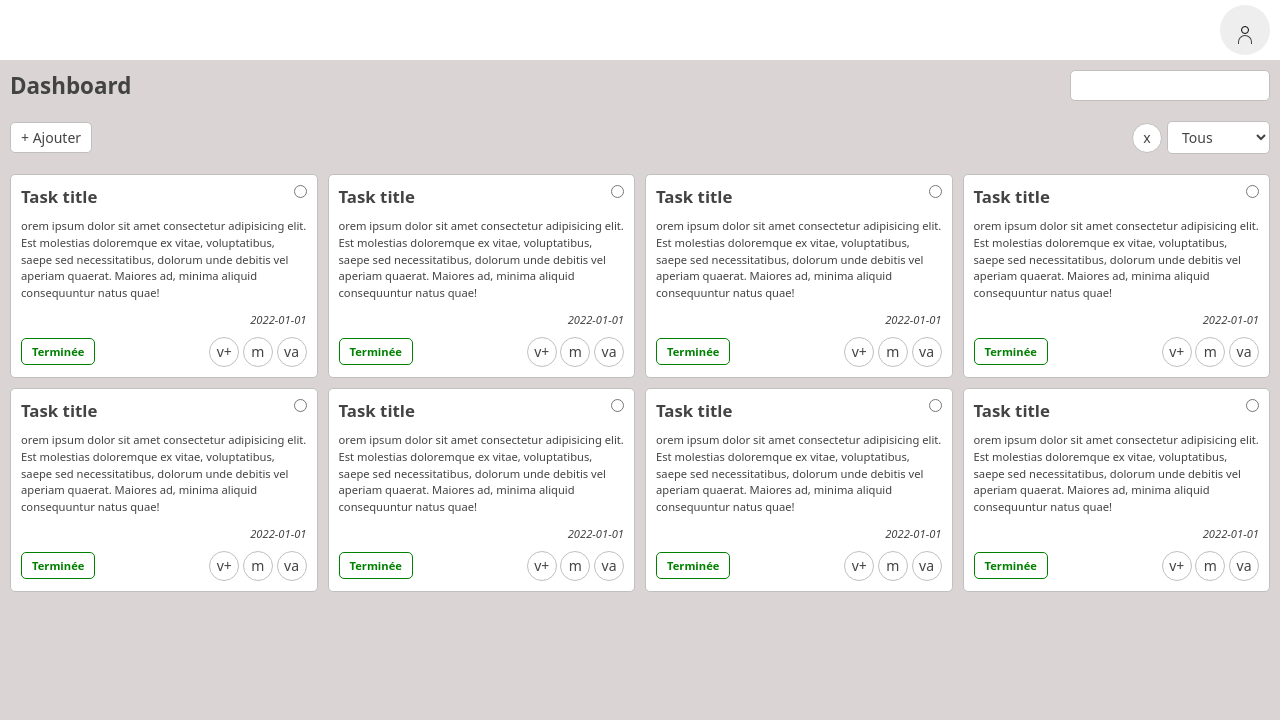
Repository: zpaulange/task_manager
Page: dashboard/index.html
An editor plug-in stored every save of this project. The page is shown before and after a run of saves, followed by the edit.
The browser window is 1280 px wide. The pictures show the whole page.

Above is the page before, as saved 2025-03-06 16:40:57.

### dashboard/index.html
<!DOCTYPE html>
<html lang="en">
<head>
    <meta charset="UTF-8">
    <meta name="viewport" content="width=device-width, initial-scale=1.0">
    <link rel="stylesheet" href="../assets/styles/dashboard/style.css">
    <title>Document</title>
</head>
<body>
  <section class="dashboard">
    <div class="dashboard_right">
      <nav class="dashbaord_nav">
        <a href="#" class="dashbaord_nav_avatar">
          <span></span>
        </a>
      </nav>
      <main class="main">
        <div class="main_header">
          <h1 class="main_header_title">Dashboard</h1>
          <input type="search" name="search" class=" main_header_search" style="width:200px">
        </div>
        <div class="main_header_actions">
          <div class="main_header_actions_left">
            <button class="main_header_actions_btn" id="addTask">+ Ajouter</button>
          </div>
          <div class="main_header_actions_right">
            <button class="main_header_actions_right_btnDel rounded-btn del">x</button>
            <select name="filter" class="main_header_actions_right_filter" id="">
              <option value="0">Tous</option>
              <option value="1">En cours</option>
              <option value="2">Annulés</option>
              <option value="3">Terminés</option>
            </select>
          </div>
        </div>
        <section class="main-task">
          <div class="main-task__content">
            <div class="main-task__content-item">
              <div class="main-task__content-item__title">
                Task title
              </div>
              <p class="main-task__content-item__desc">
                orem ipsum dolor sit amet consectetur adipisicing elit. Est molestias doloremque ex vitae, voluptatibus, saepe sed necessitatibus, dolorum unde debitis vel aperiam quaerat. Maiores ad, minima aliquid consequuntur natus quae!
              </p>
              <div class="main-task__content-item__date">
                2022-01-01
              </div>
              <div class="main-task__content-item__actions">
                <span class="main-task__content-item__actions_status completed">
                  Terminée
                </span>
                <div>
                  <button class="rounded-btn see-more">v+</button>
                  <button class="rounded-btn modify">m</button>
                  <button class="rounded-btn validate">va</button>
                </div>
              </div>
              <input type="radio" name="checkTask" class="checkTask" id="checkTask">
            </div>
            <div class="main-task__content-item">
              <div class="main-task__content-item__title">
                Task title
              </div>
              <p class="main-task__content-item__desc">
                orem ipsum dolor sit amet consectetur adipisicing elit. Est molestias doloremque ex vitae, voluptatibus, saepe sed necessitatibus, dolorum unde debitis vel aperiam quaerat. Maiores ad, minima aliquid consequuntur natus quae!
              </p>
              <div class="main-task__content-item__date">
                2022-01-01
              </div>
              <div class="main-task__content-item__actions">
                <span class="main-task__content-item__actions_status completed">
                  Terminée
                </span>
                <div>
                  <button class="rounded-btn see-more">v+</button>
                  <button class="rounded-btn modify">m</button>
                  <button class="rounded-btn validate">va</button>
                </div>
              </div>
              <input type="radio" name="checkTask" class="checkTask" id="checkTask">
            </div>
            <div class="main-task__content-item">
              <div class="main-task__content-item__title">
                Task title
              </div>
              <p class="main-task__content-item__desc">
                orem ipsum dolor sit amet consectetur adipisicing elit. Est molestias doloremque ex vitae, voluptatibus, saepe sed necessitatibus, dolorum unde debitis vel aperiam quaerat. Maiores ad, minima aliquid consequuntur natus quae!
              </p>
              <div class="main-task__content-item__date">
                2022-01-01
              </div>
              <div class="main-task__content-item__actions">
                <span class="main-task__content-item__actions_status completed">
                  Terminée
                </span>
                <div>
                  <button class="rounded-btn see-more">v+</button>
                  <button class="rounded-btn modify">m</button>
                  <button class="rounded-btn validate">va</button>
                </div>
              </div>
              <input type="radio" name="checkTask" class="checkTask" id="checkTask">
            </div>
            <div class="main-task__content-item">
              <div class="main-task__content-item__title">
                Task title
              </div>
              <p class="main-task__content-item__desc">
                orem ipsum dolor sit amet consectetur adipisicing elit. Est molestias doloremque ex vitae, voluptatibus, saepe sed necessitatibus, dolorum unde debitis vel aperiam quaerat. Maiores ad, minima aliquid consequuntur natus quae!
              </p>
              <div class="main-task__content-item__date">
                2022-01-01
              </div>
              <div class="main-task__content-item__actions">
                <span class="main-task__content-item__actions_status completed">
                  Terminée
                </span>
                <div>
                  <button class="rounded-btn see-more">v+</button>
                  <button class="rounded-btn modify">m</button>
                  <button class="rounded-btn validate">va</button>
                </div>
              </div>
              <input type="radio" name="checkTask" class="checkTask" id="checkTask">
            </div>
            <div class="main-task__content-item">
              <div class="main-task__content-item__title">
                Task title
              </div>
              <p class="main-task__content-item__desc">
                orem ipsum dolor sit amet consectetur adipisicing elit. Est molestias doloremque ex vitae, voluptatibus, saepe sed necessitatibus, dolorum unde debitis vel aperiam quaerat. Maiores ad, minima aliquid consequuntur natus quae!
              </p>
              <div class="main-task__content-item__date">
                2022-01-01
              </div>
              <div class="main-task__content-item__actions">
                <span class="main-task__content-item__actions_status completed">
                  Terminée
                </span>
                <div>
                  <button class="rounded-btn see-more">v+</button>
                  <button class="rounded-btn modify">m</button>
                  <button class="rounded-btn validate">va</button>
                </div>
              </div>
              <input type="radio" name="checkTask" class="checkTask" id="checkTask">
            </div>
            <div class="main-task__content-item">
              <div class="main-task__content-item__title">
                Task title
              </div>
              <p class="main-task__content-item__desc">
                orem ipsum dolor sit amet consectetur adipisicing elit. Est molestias doloremque ex vitae, voluptatibus, saepe sed necessitatibus, dolorum unde debitis vel aperiam quaerat. Maiores ad, minima aliquid consequuntur natus quae!
              </p>
              <div class="main-task__content-item__date">
                2022-01-01
              </div>
              <div class="main-task__content-item__actions">
                <span class="main-task__content-item__actions_status completed">
                  Terminée
                </span>
                <div>
                  <button class="rounded-btn see-more">v+</button>
                  <button class="rounded-btn modify">m</button>
                  <button class="rounded-btn validate">va</button>
                </div>
              </div>
              <input type="radio" name="checkTask" class="checkTask" id="checkTask">
            </div>
            <div class="main-task__content-item">
              <div class="main-task__content-item__title">
                Task title
              </div>
              <p class="main-task__content-item__desc">
                orem ipsum dolor sit amet consectetur adipisicing elit. Est molestias doloremque ex vitae, voluptatibus, saepe sed necessitatibus, dolorum unde debitis vel aperiam quaerat. Maiores ad, minima aliquid consequuntur natus quae!
              </p>
              <div class="main-task__content-item__date">
                2022-01-01
              </div>
              <div class="main-task__content-item__actions">
                <span class="main-task__content-item__actions_status completed">
                  Terminée
                </span>
                <div>
                  <button class="rounded-btn see-more">v+</button>
                  <button class="rounded-btn modify">m</button>
                  <button class="rounded-btn validate">va</button>
                </div>
              </div>
              <input type="radio" name="checkTask" class="checkTask" id="checkTask">
            </div>
            <div class="main-task__content-item">
              <div class="main-task__content-item__title">
                Task title
              </div>
              <p class="main-task__content-item__desc">
                orem ipsum dolor sit amet consectetur adipisicing elit. Est molestias doloremque ex vitae, voluptatibus, saepe sed necessitatibus, dolorum unde debitis vel aperiam quaerat. Maiores ad, minima aliquid consequuntur natus quae!
              </p>
              <div class="main-task__content-item__date">
                2022-01-01
              </div>
              <div class="main-task__content-item__actions">
                <span class="main-task__content-item__actions_status completed">
                  Terminée
                </span>
                <div>
                  <button class="rounded-btn see-more">v+</button>
                  <button class="rounded-btn modify">m</button>
                  <button class="rounded-btn validate">va</button>
                </div>
              </div>
              <input type="radio" name="checkTask" class="checkTask" id="checkTask">
            </div>
            <!-- <section class="box box-center">
              <h1>Aucune tache disponible...</h1>
            </section> -->
          </div>

        </section>
      </main>
    </div>
  </section>

  <!-- Modal -->
  <div class="modal" id="taskModal">
    <div class="modal-container">
      <h2 class="modal_title">Ajouter une tache</h2>
      <form action="#" class="form">
        <div class="form_item">
          <label for="taskTitle" class="">Titre</label>
          <input type="text">
        </div>
        <div class="form_item">
          <label for="taskDescription" class="">Description</label>
          <textarea></textarea>
        </div>
        <div class="form_item">
          <label for="taskDate" class="">Date limite</label>
          <input type="date">
        </div>
        <div class="form_item-btn">
          <button>Annuler</button>
          <button type="submit">Ajouter</button>
        </div>
      </form>
    </div>
  </div>

  <script src="../assets/js/script.js"></script>
</body>
</html>

### assets/styles/dashboard/style.css
*{
  margin:0;
  padding:0;
  box-sizing: border-box;
  position:relative;
  font-family: system-ui, sans-serif;
  font-size: 14px;
  color:#434343;
}
body{
  overflow-x: hidden;
}
a{
  text-decoration: none;
}
a:active, a:hover{
  color:#434343;
}
img{
  width: 100%;
  height: auto;
}
ul li{
  list-style: none;
}
input[type="search"],
input[type="text"],
input[type="date"], textarea{
  padding:5px 10px;
  border-radius:5px;
  border:1px solid silver;
  display: block;
  width: 100%;
}
input:focus, select:focus, textarea:focus{
  outline: none;
}

.dashboard{
  min-height: 100vh;
  background-color: #dbd4d4;
}

.dashboard_right{
  min-height: 100vh;
}
.dashbaord_nav{
  background-color: #fff;
  padding:5px 10px;
  display: flex;
  align-items:center;
  justify-content: flex-end;
  z-index: 1000;
  position: sticky;
  top:0;
  left:0;
}
.dashbaord_nav_avatar{
  display: flex;
  align-items: center;
  justify-content: center;
  height:50px;
  width: 50px;
  border-radius:50%;
  background-color: #eee;

}
.dashbaord_nav_avatar span{
  display: inline-block;
  height: 8px;
  width: 8px;
  border-radius:50%;
  border:1px solid #000
}
.dashbaord_nav_avatar span:before{
  content:'';
  position: absolute;
  height: 8px;
  width: 12px;
  border:1px solid;
  left:50%;
  transform: translateX(-50%);
  top:8px;
  border-bottom: none;
  border-top-left-radius: 10px;
  border-top-right-radius: 10px;
}

.main{
  padding:10px;
}
.main_header_title{
  font-size: 1.6rem;
}
.box{
  min-height: calc(100vh - 180px);
  background-color: #fff;
  border-radius:5px;
  padding:10px;
  margin-top:20px
}
.box.box-center{
  display: flex;
  align-items:center;
  justify-content: center;
}

.main_header{
  display: flex;
  justify-content: space-between;
  align-items:center;
  margin-bottom:20px;
}
.main_header_actions{
  display: flex;
  justify-content: space-between;
  align-items:center;
}
.main_header_actions_btn{
  padding:5px 10px;
  border-radius:5px;
  border:1px solid silver;
  background-color: #fff;
  cursor: pointer;
  transition: .2s;
}
.main_header_actions_btn:hover{
  background-color:blue;
  color:#fff;
}
.main_header_actions_right{
  display: flex;
  align-items:center;
  gap:5px;
}
.rounded-btn{
  border-radius:50%;
  border:1px solid silver;
  background-color: #fff;
  cursor: pointer;
  transition: .2s;
  cursor:pointer;
  width: 30px;
  height: 30px;
}
.rounded-btn.del:hover{
  background-color:red;
  color:#fff;
}
.rounded-btn.see-more:hover{
  background-color:blue;
  color:#fff;
}
.rounded-btn.modify:hover{
  background-color:rgb(172, 172, 14);
  color:#fff;
}
.rounded-btn.validate:hover{
  background-color:green;
  color:#fff;
}
.main_header_actions_right_filter{
  padding:5px 10px;
  border-radius:5px;
  border:1px solid silver;
  background-color: #fff;
}

.main-task__content{
  margin-top:20px;
  display: grid;
  grid-template-columns: repeat(auto-fill, minmax(300px, 1fr));
  gap:10px
}
.main-task__content-item{
  background-color:#fff;
  padding:10px;
  border-radius:5px;
  border:1px solid silver
}
.main-task__content-item__title{
  font-size: 1.2rem;
  font-weight: 600;
  padding-right:30px;
}
.main-task__content-item__desc{
  font-size: .8rem;
  line-height: 1.2rem;
  margin-top:10px;
  margin-bottom:10px;
}
.main-task__content-item__date{
  font-size: .8rem;
  text-align: right;
  font-style: italic;
}

.main-task__content-item__actions{
  display: flex;
  justify-content: space-between;
  align-items:center;
  margin-top:10px;
}
.main-task__content-item__actions_status, .form_item-btn button{
  padding:5px 10px;
  border-radius:5px;
  background-color: #fff;
  border:1px solid silver;
  font-size: .8rem;
  font-weight: 600;
}
.main-task__content-item__actions_status.canceled{
  color:red;
  border-color:red;
}
.main-task__content-item__actions_status.pending{
  color:blue;
  border-color:blue;
}
.main-task__content-item__actions_status.completed{
  color:green;
  border-color:green;
}
.checkTask{
  position:absolute;
  top:10px;
  right:10px;
}
.modal{
  position: fixed;
  top:50;
  left:0;
  width: 100%;
  height: 100vh;
  background-color: rgba(0, 0, 0, .5);
  display: flex;
  justify-content: center;
  align-items: center;
  z-index: 9999;
}
.modal_title{
  font-size: 1.2rem;
  font-weight: 600;
  margin-bottom:25px;
}
.modal-container{
  background-color: #fff;
  padding:10px;
  border-radius:5px;
  border:1px solid silver;
}

.form_item{
  margin-bottom:20px;
}
.form_item label{
  margin-bottom:3px;
}
.form_item-btn{
  margin-top:10px;
  display: flex;
  justify-content: flex-end;
  gap:10px;

}
.form_item-btn button:hover{
  background-color:blue;
  color:#fff;
  cursor:pointer
}

### assets/js/script.js
const addNewTask = document.querySelector('#addTask')
const addNewTaskModal = document.querySelector('#taskModal')

After the next 4 saves:
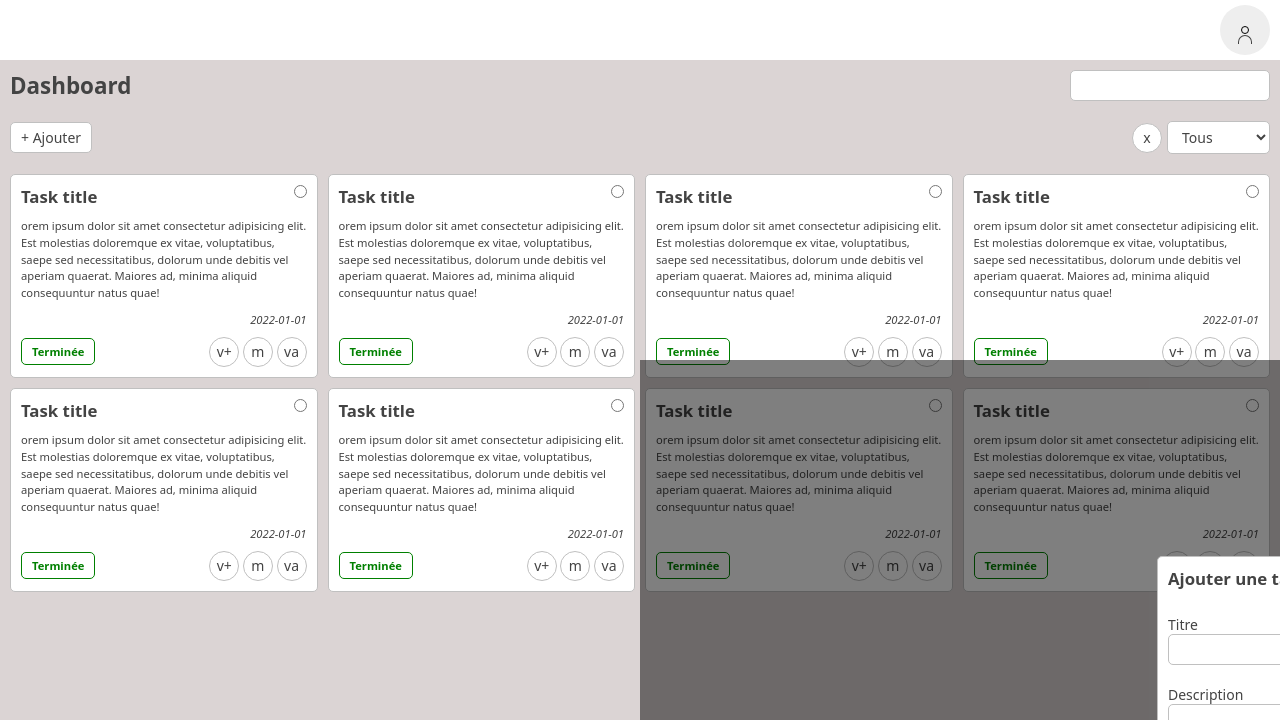
The 4 saves are shown as one change because they came seconds apart.
The last was saved 12 s later.
--- a/assets/styles/dashboard/style.css
+++ b/assets/styles/dashboard/style.css
@@ -228,8 +228,8 @@ input:focus, select:focus, textarea:focus{
 }
 .modal{
   position: fixed;
-  top:50;
-  left:0;
+  top:50%;
+  left:50%;
   width: 100%;
   height: 100vh;
   background-color: rgba(0, 0, 0, .5);
